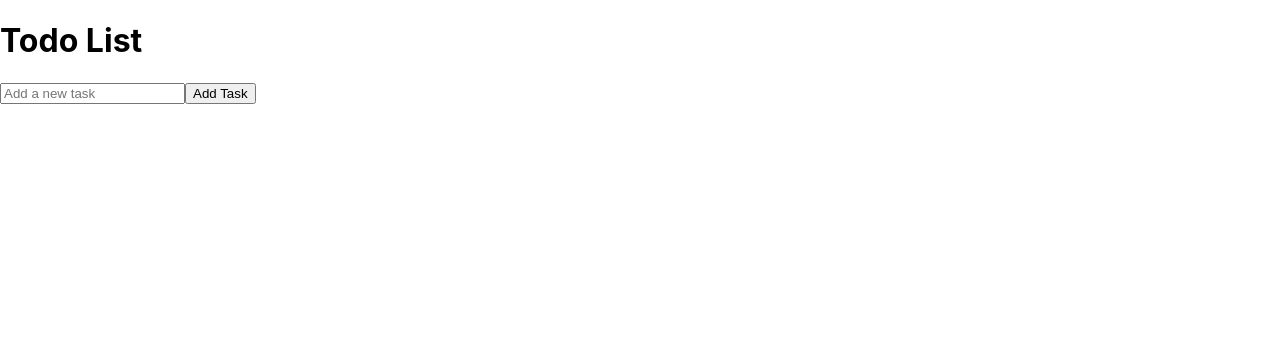
Repository: tobiaskoira/simple_web_service
Page: / (app in client/)
These files come from the project's save history. The page is drawn as it stood at one moment and after the next save; the edit follows.
The browser window is 1280 px wide. The pictures show the whole page.
The page's requests for data from a server got no answer. The project was rebuilt for these pictures with package versions that can differ from the ones it lists, and the page was loaded fresh each time. No one was signed in, and anything a server would have sent is missing.

Above is the page before, as saved 2024-12-22 23:17:35.

### client/src/App.js
import React, { useState, useEffect } from 'react';

const App = () => {
    const [tasks, setTasks] = useState([]);
    const [newTask, setNewTask] = useState('');

    // Fetch tasks from backend
    useEffect(() => {
        fetch('http://localhost:5000/tasks')
            .then((res) => res.json())
            .then((data) => setTasks(data))
            .catch((error) => console.error('Error fetching tasks:', error));
    }, []);

    // Add a new task
    const addTask = async () => {
        const response = await fetch('http://localhost:5000/tasks', {
            method: 'POST',
            headers: { 'Content-Type': 'application/json' },
            body: JSON.stringify({ title: newTask, completed: false }),
        });
        const task = await response.json();
        setTasks([...tasks, task]);
        setNewTask('');
    };

    // Delete a task
    const deleteTask = async (id) => {
        await fetch(`http://localhost:5000/tasks/${id}`, { method: 'DELETE' });
        setTasks(tasks.filter((task) => task._id !== id));
    };

    return (
        <div>
            <h1>Todo List</h1>
            <input
                type="text"
                value={newTask}
                onChange={(e) => setNewTask(e.target.value)}
                placeholder="Add a new task"
            />
            <button onClick={addTask}>Add Task</button>
            <ul>
                {tasks.map((task) => (
                    <li key={task._id}>
                        {task.title} <button onClick={() => deleteTask(task._id)}>Delete</button>
                    </li>
                ))}
            </ul>
        </div>
    );
};

export default App;

Loaded but not shown: client/public/index.html (common file); client/src/index.js (common file); client/src/index.css (common file); client/src/reportWebVitals.js (common file)

After the next save:
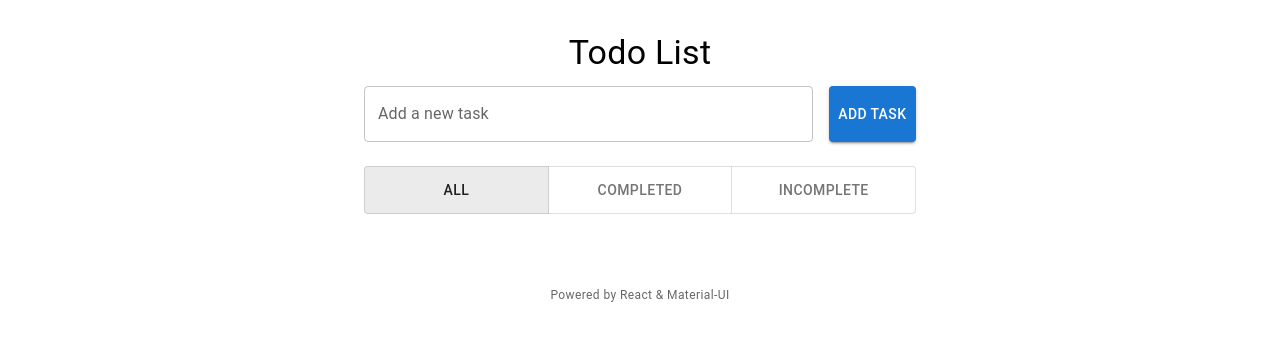
Saved 4 min 9 s later.
--- a/client/src/App.js
+++ b/client/src/App.js
@@ -1,8 +1,24 @@
 import React, { useState, useEffect } from 'react';
+import {
+    Container,
+    Typography,
+    TextField,
+    Button,
+    List,
+    ListItem,
+    ListItemText,
+    IconButton,
+    Checkbox,
+    ToggleButtonGroup,
+    ToggleButton,
+    Box,
+} from '@mui/material';
+import DeleteIcon from '@mui/icons-material/Delete';
 
 const App = () => {
     const [tasks, setTasks] = useState([]);
     const [newTask, setNewTask] = useState('');
+    const [filter, setFilter] = useState('all'); // all, completed, incomplete
 
     // Fetch tasks from backend
     useEffect(() => {
@@ -30,24 +46,104 @@ const App = () => {
         setTasks(tasks.filter((task) => task._id !== id));
     };
 
+    // Toggle task completion
+    const toggleCompletion = async (id, completed) => {
+        const response = await fetch(`http://localhost:5000/tasks/${id}`, {
+            method: 'PATCH',
+            headers: { 'Content-Type': 'application/json' },
+            body: JSON.stringify({ completed: !completed }),
+        });
+        const updatedTask = await response.json();
+        setTasks(
+            tasks.map((task) => (task._id === updatedTask._id ? updatedTask : task))
+        );
+    };
+
+    // Handle task filtering
+    const filteredTasks = tasks.filter((task) => {
+        if (filter === 'completed') return task.completed;
+        if (filter === 'incomplete') return !task.completed;
+        return true;
+    });
+
     return (
-        <div>
-            <h1>Todo List</h1>
-            <input
-                type="text"
-                value={newTask}
-                onChange={(e) => setNewTask(e.target.value)}
-                placeholder="Add a new task"
-            />
-            <button onClick={addTask}>Add Task</button>
-            <ul>
-                {tasks.map((task) => (
-                    <li key={task._id}>
-                        {task.title} <button onClick={() => deleteTask(task._id)}>Delete</button>
-                    </li>
+        <Container maxWidth="sm" sx={{ mt: 4 }}>
+            <Typography variant="h4" align="center" gutterBottom>
+                Todo List
+            </Typography>
+
+            {/* Task input */}
+            <Box sx={{ display: 'flex', gap: 2, mb: 3 }}>
+                <TextField
+                    variant="outlined"
+                    fullWidth
+                    label="Add a new task"
+                    value={newTask}
+                    onChange={(e) => setNewTask(e.target.value)}
+                />
+                <Button
+                    variant="contained"
+                    color="primary"
+                    onClick={addTask}
+                    sx={{ whiteSpace: 'nowrap' }}
+                >
+                    Add Task
+                </Button>
+            </Box>
+
+            {/* Filter toggle buttons */}
+            <ToggleButtonGroup
+                value={filter}
+                exclusive
+                onChange={(e, newFilter) => setFilter(newFilter || 'all')}
+                fullWidth
+                sx={{ mb: 3 }}
+            >
+                <ToggleButton value="all">All</ToggleButton>
+                <ToggleButton value="completed">Completed</ToggleButton>
+                <ToggleButton value="incomplete">Incomplete</ToggleButton>
+            </ToggleButtonGroup>
+
+            {/* Task list */}
+            <List>
+                {filteredTasks.map((task) => (
+                    <ListItem
+                        key={task._id}
+                        secondaryAction={
+                            <IconButton
+                                edge="end"
+                                aria-label="delete"
+                                onClick={() => deleteTask(task._id)}
+                            >
+                                <DeleteIcon />
+                            </IconButton>
+                        }
+                    >
+                        <Checkbox
+                            checked={task.completed}
+                            onChange={() =>
+                                toggleCompletion(task._id, task.completed)
+                            }
+                        />
+                        <ListItemText
+                            primary={task.title}
+                            secondary={task.completed ? 'Completed' : 'Incomplete'}
+                        />
+                    </ListItem>
                 ))}
-            </ul>
-        </div>
+            </List>
+
+            {/* Footer */}
+            <Typography
+                variant="caption"
+                display="block"
+                align="center"
+                color="textSecondary"
+                sx={{ mt: 4 }}
+            >
+                Powered by React & Material-UI
+            </Typography>
+        </Container>
     );
 };
 
